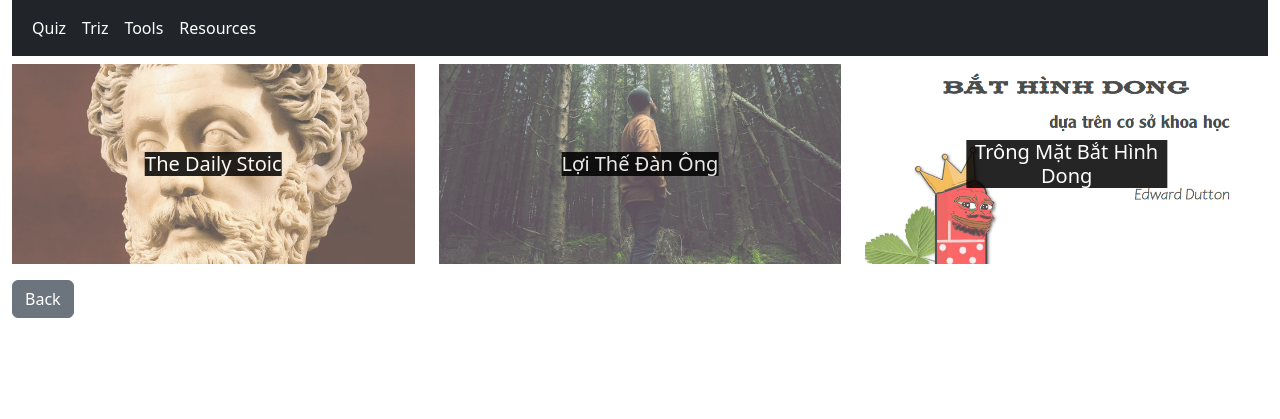
Repository: tran-thien-nhan/quiz_tlln
Page: quiz.html
These files come from the project's save history. The page is drawn as it stood at one moment and after the next save; the edit follows.
The browser window is 1280 px wide. The pictures show the whole page.

Above is the page before, as saved 2023-06-28 19:51:17.

### quiz.html
<!DOCTYPE html>
<html>

<head>
  <title>TLLN QUIZ</title>
  <link rel="stylesheet" href="https://cdn.jsdelivr.net/npm/bootstrap@5.3.0/dist/css/bootstrap.min.css">
  <style>
    .thumbnail-container {
      position: relative;
      width: 100%;
      height: 200px;
      /* Cập nhật chiều cao ở đây */
      overflow: hidden;
    }

    .thumbnail {
      opacity: 0.7;
      transition: opacity 0.3s ease;
      width: 100%;
      height: 100%;
      object-fit: cover;
    }

    .thumbnail:hover {
      opacity: 1;
    }

    .title {
      position: absolute;
      top: 50%;
      left: 50%;
      transform: translate(-50%, -50%);
      color: white;
      background-color: black;
      opacity: 0.85;
      font-size: 20px;
      text-align: center;
      width: fit-content;
    }
  </style>
</head>

<body>
  <div class="container-fluid">
    <!-- phần menu -->
    <nav class="navbar navbar-expand-lg navbar-dark bg-dark">
      <div class="container-fluid">
        <button class="navbar-toggler" type="button" data-bs-toggle="collapse" data-bs-target="#navbarNav" aria-controls="navbarNav" aria-expanded="false" aria-label="Toggle navigation">
          <span class="navbar-toggler-icon"></span>
        </button>
        <div class="collapse navbar-collapse" id="navbarNav">
          <ul class="navbar-nav">
            <li class="nav-item">
              <a class="nav-link text-white" href="quiz.html">Quiz</a>
            </li>
            <li class="nav-item">
              <a class="nav-link text-white" href="triz_blog.html">Triz</a>
            </li>
            <li class="nav-item">
              <a class="nav-link text-white" href="tools.html">Tools</a>
            </li>
            <li class="nav-item">
              <a class="nav-link text-white" href="resources_blog.html">Resources</a>
            </li>
          </ul>
        </div>
      </div>
    </nav>

    <!-- end phần menu -->
    <div class="row mt-2">
      <div class="col-lg-4 col-md-6">
        <a href="daily_stoic_quiz.html">
          <div class="thumbnail-container">
            <img src="img/stoic_thumbnail.webp" class="thumbnail img-fluid" alt="Ảnh 1">
            <h5 class="title">The Daily Stoic</h5>
          </div>
        </a>
      </div>

      <div class="col-lg-4 col-md-6">
        <a href="men_advantage_quiz.html">
          <div class="thumbnail-container">
            <img src="img/men_advantage.jfif" class="thumbnail img-fluid" alt="Ảnh 2">
            <h5 class="title">Lợi Thế Đàn Ông</h5>
          </div>
        </a>
      </div>

      <div class="col-lg-4 col-md-6">
        <a href="">
          <div class="thumbnail-container">
            <img src="img/trong_mat_bat_hinh_dong_thumbnail.PNG" class="thumbnail img-fluid" alt="Ảnh 3">
            <h5 class="title">Trông Mặt Bắt Hình Dong</h5>
          </div>
        </a>
      </div>
    </div>

  </div>
    <a id="backButton" class="btn btn-secondary" style="margin-left: 0.75rem; margin-top:1rem;">Back</a>
    <script src="back.js"></script>
  <script src="https://cdn.jsdelivr.net/npm/bootstrap@5.3.0/dist/js/bootstrap.bundle.min.js"></script>
</body>

</html>

### back.js
// Back button click event handler
document.getElementById("backButton").addEventListener("click", function () {
    window.history.back(); // Trở về trang trước đó
});

### quiz.json
{
    "items": [
        {
            "link": "daily_stoic_quiz.html",
            "image_link": "img/stoic_thumbnail.webp",
            "title": "THE DAILY STOIC QUIZ"
        },
        {
            "link": "men_advantage_quiz.html",
            "image_link": "img/men_advantage.jfif",
            "title": "MEN ADVANTAGE QUIZ"
        }
    ]
}

After the next save:
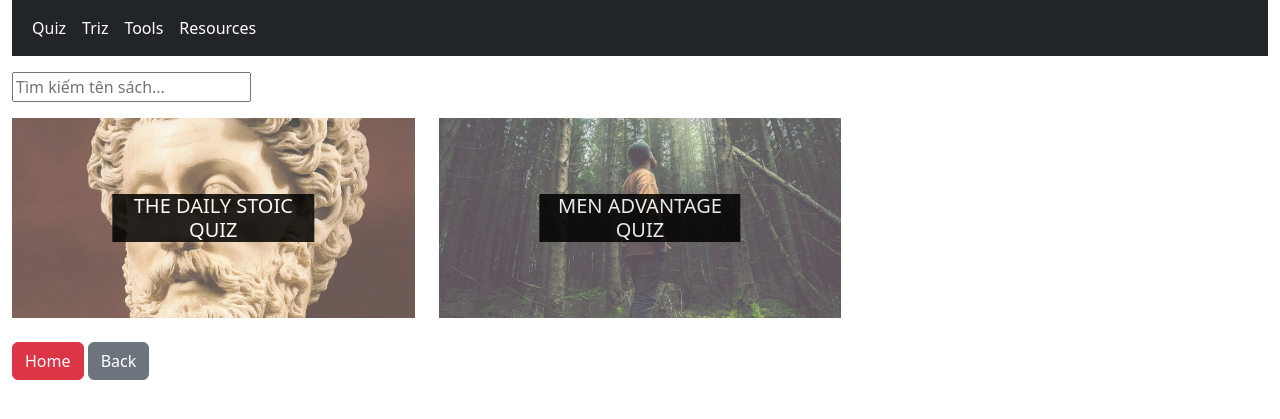
Saved 78 s later.
--- a/quiz.html
+++ b/quiz.html
@@ -45,7 +45,8 @@
     <!-- phần menu -->
     <nav class="navbar navbar-expand-lg navbar-dark bg-dark">
       <div class="container-fluid">
-        <button class="navbar-toggler" type="button" data-bs-toggle="collapse" data-bs-target="#navbarNav" aria-controls="navbarNav" aria-expanded="false" aria-label="Toggle navigation">
+        <button class="navbar-toggler" type="button" data-bs-toggle="collapse" data-bs-target="#navbarNav"
+          aria-controls="navbarNav" aria-expanded="false" aria-label="Toggle navigation">
           <span class="navbar-toggler-icon"></span>
         </button>
         <div class="collapse navbar-collapse" id="navbarNav">
@@ -66,41 +67,101 @@
         </div>
       </div>
     </nav>
+    <!-- end phần menu -->
 
-    <!-- end phần menu -->
-    <div class="row mt-2">
-      <div class="col-lg-4 col-md-6">
-        <a href="daily_stoic_quiz.html">
-          <div class="thumbnail-container">
-            <img src="img/stoic_thumbnail.webp" class="thumbnail img-fluid" alt="Ảnh 1">
-            <h5 class="title">The Daily Stoic</h5>
-          </div>
-        </a>
-      </div>
+    <div class="d-flex mt-2">
 
-      <div class="col-lg-4 col-md-6">
-        <a href="men_advantage_quiz.html">
-          <div class="thumbnail-container">
-            <img src="img/men_advantage.jfif" class="thumbnail img-fluid" alt="Ảnh 2">
-            <h5 class="title">Lợi Thế Đàn Ông</h5>
-          </div>
-        </a>
-      </div>
+      <!-- phần tìm kiếm quiz -->
+      <input class="mt-2" style="align-items: center;" type="text" id="searchInput" placeholder="Tìm kiếm tên sách...">
+      <!-- end phần tìm kiếm quiz -->
 
-      <div class="col-lg-4 col-md-6">
-        <a href="">
-          <div class="thumbnail-container">
-            <img src="img/trong_mat_bat_hinh_dong_thumbnail.PNG" class="thumbnail img-fluid" alt="Ảnh 3">
-            <h5 class="title">Trông Mặt Bắt Hình Dong</h5>
-          </div>
-        </a>
-      </div>
     </div>
 
+
+    <div class="row mt-2 left-align" id="content">
+      <!-- Đây là nơi sẽ chứa các sách -->
+    </div>
   </div>
-    <a id="backButton" class="btn btn-secondary" style="margin-left: 0.75rem; margin-top:1rem;">Back</a>
-    <script src="back.js"></script>
+  <br>
+  <a href="quiz.html" class="btn btn-danger" style="margin-left: 0.75rem;">Home</a>
+  <a id="backButton" class="btn btn-secondary">Back</a>
+  <script src="back.js"></script>
+
   <script src="https://cdn.jsdelivr.net/npm/bootstrap@5.3.0/dist/js/bootstrap.bundle.min.js"></script>
+  <script>
+    document.addEventListener("DOMContentLoaded", function () {
+      // Lấy dữ liệu từ file JSON
+      fetch('quiz.json')
+        .then(response => response.json())
+        .then(data => {
+          const items = data.items;
+          const contentElement = document.getElementById('content');
+
+          // Tạo các phần tử HTML dựa trên dữ liệu từ file JSON
+          items.forEach(item => {
+            const divElement = document.createElement('div');
+            divElement.className = 'col-lg-4 col-md-6 mt-2';
+
+            const aElement = document.createElement('a');
+            aElement.href = item.link;
+            aElement.target = '_blank';
+
+            const thumbnailContainerElement = document.createElement('div');
+            thumbnailContainerElement.className = 'thumbnail-container';
+
+            const imgElement = document.createElement('img');
+            imgElement.src = item.image_link;
+            imgElement.className = 'thumbnail img-fluid';
+            imgElement.alt = 'Image';
+
+            const h5Element = document.createElement('h5');
+            h5Element.className = 'title';
+            h5Element.textContent = item.title;
+
+            const typeElement = document.createElement('h5');
+            typeElement.className = 'type';
+            typeElement.textContent = item.type;
+
+            // Gắn các phần tử vào DOM
+            thumbnailContainerElement.appendChild(imgElement);
+            thumbnailContainerElement.appendChild(h5Element);
+            aElement.appendChild(thumbnailContainerElement);
+            divElement.appendChild(aElement);
+            thumbnailContainerElement.appendChild(typeElement);
+            contentElement.appendChild(divElement);
+          });
+
+        })
+        .catch(error => {
+          console.error('Error:', error);
+        });
+
+      // Lấy các phần tử cần sử dụng
+      var searchInput = document.getElementById("searchInput");
+      var thumbnailContainers = document.getElementsByClassName("thumbnail-container");
+
+      // Xử lý sự kiện tìm kiếm khi thay đổi giá trị trong ô input
+      searchInput.addEventListener("input", function () {
+        var searchTerm = searchInput.value.toLowerCase();
+        performSearch(searchTerm);
+      });
+
+      // Hàm thực hiện tìm kiếm và ẩn hiện các sách dựa trên kết quả tìm kiếm
+      function performSearch(searchTerm) {
+        for (var i = 0; i < thumbnailContainers.length; i++) {
+          var titleElement = thumbnailContainers[i].querySelector(".title");
+          var title = titleElement.textContent.toLowerCase();
+          if (title.includes(searchTerm)) {
+            thumbnailContainers[i].style.display = "block";
+          } else {
+            thumbnailContainers[i].style.display = "none";
+          }
+        }
+      }
+    });
+  </script>
+
+
 </body>
 
 </html>
